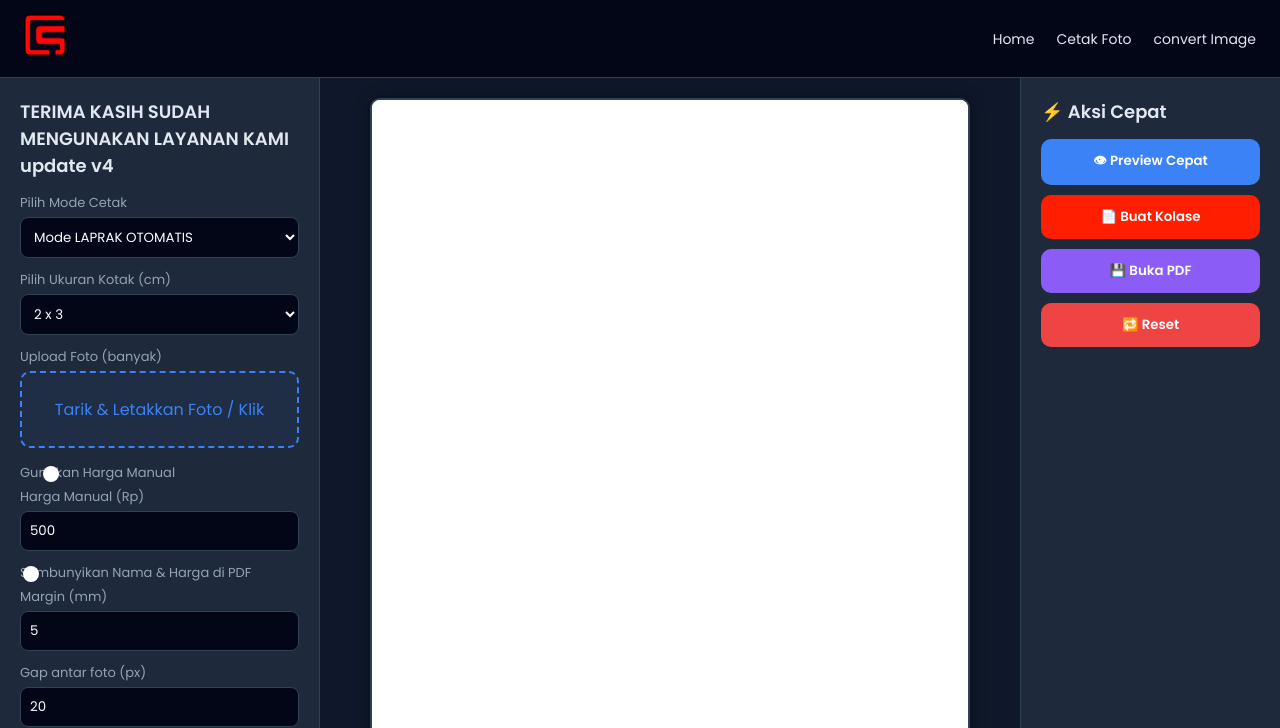
Repository: procinema22/hiisedulurfc
Page: hesedulur-main/cetakfoto.html
The author's editor kept a copy of each file at every save. The page is drawn from the files as they stood at one save, then again after the next save.
The browser window is 1280 px wide. The pictures show the whole page.
An inner scrolling area shows only its first screen.

Above is the page before, as saved 2026-04-24 00:26:53.

### hesedulur-main/cetakfoto.html
<!DOCTYPE html>
<html lang="id">
<head>
  <meta charset="UTF-8">
  <meta name="viewport" content="width=device-width, initial-scale=1.0">

  <title>SEDULUR FOTO COPY – Cetak Foto</title>

  <link rel="icon" type="image/png" href="img/loggo/sdlr.png">
  <link href="https://fonts.googleapis.com/css2?family=Poppins:wght@400;600&display=swap" rel="stylesheet">
  <link rel="stylesheet" href="css/cetak.css">

  <script src="https://cdn.jsdelivr.net/npm/exif-js"></script>
  <script src="https://cdnjs.cloudflare.com/ajax/libs/jspdf/2.5.1/jspdf.umd.min.js"></script>
</head>

<body>

<!-- ================= NAVBAR ================= -->
<header>
  <div class="logo">
    <a href="index.html">
      <img src="img/loggo/sdlr.png" alt="Sedulur Foto Copy">
    </a>
  </div>

  <nav>
    <ul>
      <li><a href="index.html">Home</a></li>
      <li><a href="cetakfoto.html" class="active">Cetak Foto</a></li>
      <li><a href="convert-image.html">convert Image</a></li>

    </ul>
  </nav>
</header>

<!-- ================= LAYOUT ================= -->
<div class="layout">

  <!-- ========= PANEL KIRI ========= -->
  <aside class="left-panel">

    <h2 class="section-title">TERIMA KASIH SUDAH MENGUNAKAN LAYANAN KAMI update v4</h2>

    <label>Pilih Mode Cetak</label>
    <select id="modeSelect">
      <option value="normal">Mode LAPRAK OTOMATIS</option>
      <option value="perfoto">Mode PAS FOTO</option>
      <option value="circle">Mode LINGKARAN</option>
    </select>

    <div id="circleControls" style="display:none;">
      <label>Diameter Lingkaran (cm)</label>
      <input id="circleDiameter" type="number" value="4">
    </div>

    <label>Pilih Ukuran Kotak (cm)</label>
    <select id="sizeSelect">
      <option value="2x3">2 x 3</option>
      <option value="3x4">3 x 4</option>
      <option value="4x6">4 x 6</option>
      <option value="5x5">5 x 5</option>
      <option value="6x9">6 x 9</option>
      <option value="10x15">10 x 15</option>
      <option value="custom">Custom...</option>
    </select>

    <div id="customSize" style="display:none;">
      <input id="customW" type="number" placeholder="Lebar (cm)">
      <input id="customH" type="number" placeholder="Tinggi (cm)">
    </div>

    <label>Upload Foto (banyak)</label>
    <div id="dropArea" class="drop-area">
      Tarik & Letakkan Foto / Klik
    </div>
    <input id="upload" type="file" multiple accept="image/*" hidden>

    <label class="switch">
      <input type="checkbox" id="manualHargaCheckbox">
      <span class="slider"></span>
      <span class="label-text">Gunakan Harga Manual</span>
    </label>
    <div id="manualHargaBox" style="display:none;">
      <label>Harga Manual (Rp)</label>
      <input
  id="manualHargaInput"
  type="number"
  value="500"
  min="500"
  step="500">
    </div>

   <label class="switch">
  <input type="checkbox" id="hideInfo">
  <span class="slider"></span>
  <span class="label-text">Sembunyikan Nama & Harga di PDF</span>
</label>

    <label>Margin (mm)</label>
    <input id="marginInputMm" type="number" value="5">

    <label>Gap antar foto (px)</label>
    <input id="gap" type="number" value="20">

    <label>Nama Pelanggan</label>
    <input id="userName" type="text" placeholder="Nama pengguna">
    <label>
      <input type="checkbox" id="useHeaderText">
      Gunakan Header (Judul Atas)
    </label>

    <div id="headerTextBox" style="display:none;">
      <label>Teks Header</label>
      <input type="text" id="headerTextInput" placeholder="Contoh: LAPORAN PRAKTIKUM">

      <label>Ukuran Font</label>
      <input type="number" id="headerFontSize" value="24">
    </div>

    <label>
      <input type="checkbox" id="laprakMode">
      Mode Laprak Manual
    </label>

    <div id="laprakControls" style="display:none;">
      <label>Nama Laprak</label>
      <input type="text" id="laprakName">
      <label>Harga Laprak (Rp)</label>
      <input type="number" id="laprakPrice" value="2000">
    </div>

    <div class="price" id="priceDisplay">Harga: Rp 0</div>
    <div id="batchList"></div>

    <label>
      <input type="checkbox" checked disabled>
      hubungi admin untuk menghilangkan watermark
    </label>

  </aside>

  <!-- ========= PANEL TENGAH ========= -->
  <section class="center-panel">
    <canvas id="canvas" width="1240" height="1754"></canvas>

    <div class="page-nav" id="pageNav" style="display:none;">
      <button id="prevPage">⬅</button>
      <div id="pageIndicator">Halaman 1 / 1</div>
      <button id="nextPage">➡</button>
    </div>
  </section>

  <!-- ========= PANEL KANAN ========= -->
  <aside class="right-panel">
    <h2 class="section-title">⚡ Aksi Cepat</h2>
    <button id="previewBtn" class="btn blue">👁 Preview Cepat</button>
    <button id="generateBtn" class="btn green">📄 Buat Kolase</button>
    <button id="downloadPdf" class="btn purple">💾 Buka PDF</button>
    <button id="reset" class="btn red">🔁 Reset</button>
  </aside>

</div>

<!-- ================= LOADING ================= -->
<div id="loadingOverlay">
  <div class="loader"></div>
  <p>Memproses... tunggu sebentar ya</p>
</div>

<div id="toast"></div>

<script src="js/script.js"></script>

<!-- ================= FIREBASE AUTH ================= -->


</body>
</html>

### hesedulur-main/css/cetak.css
/* ============ ROOT & GLOBAL ============ */
:root {
  --bg: #0f172a;
  --card: #1e293b;
  --border: #334155;
  --text: #e2e8f0;
  --muted: #94a3b8;
  --blue: #3b82f6;
  --green: #ff1e00;
  --purple: #8b5cf6;
  --red: #ef4444;
  --shadow: rgba(0,0,0,.4);
}

*{
  margin:0;
  padding:0;
  box-sizing:border-box;
  font-family:"Poppins",sans-serif;
}

body{
  background:var(--bg);
  color:var(--text);
  overflow-x:hidden;
}

/* ============ HEADER / NAVBAR ============ */
header{
  display:flex;
  align-items:center;
  justify-content:space-between;
  padding:14px 24px;
  background:#020617;
  border-bottom:1px solid var(--border);
}

header .logo img{
  height:42px;
}

header nav ul{
  display:flex;
  gap:22px;
  list-style:none;
}

header nav ul li a{
  color:var(--text);
  text-decoration:none;
  font-size:14px;
  font-weight:500;
  transition:.2s;
}

header nav ul li a:hover{
  color:var(--blue);
}

/* ============ LAYOUT ============ */
.layout{
  display:grid;
  grid-template-columns:320px 1fr 260px;
  height:calc(100vh - 70px);
}

/* ============ LEFT PANEL ============ */
.left-panel{
  background:var(--card);
  padding:20px;
  border-right:1px solid var(--border);
  overflow-y:auto;
}

/* label default */
.left-panel label{
  font-size:13px;
  color:var(--muted);
  margin-bottom:4px;
  display:block;
}

/* input & select */
.left-panel input,
.left-panel select{
  width:100%;
  padding:9px;
  border-radius:8px;
  border:1px solid var(--border);
  background:#020617;
  color:white;
  margin-bottom:12px;
  outline:none;
}

.left-panel input:focus,
.left-panel select:focus{
  border-color:var(--blue);
}

/* ============ TOGGLE FIX (PENTING) ============ */
/* supaya toggle tidak kena style input global */
.switch input {
  display:none;
}

.switch{
  display:flex;
  align-items:center;
  gap:10px;
  margin-bottom:12px;
  cursor:pointer;
}

/* slider */
.slider{
  position:relative;
  width:42px;
  height:22px;
  background:var(--border);
  border-radius:50px;
  transition:.3s;
  flex-shrink:0;
}

/* bulatan */
.slider::before{
  content:"";
  position:absolute;
  width:16px;
  height:16px;
  top:3px;
  left:3px;
  background:white;
  border-radius:50%;
  transition:.3s;
}

/* aktif */
.switch input:checked + .slider{
  background:linear-gradient(135deg, var(--blue), #60a5fa);
  box-shadow:0 0 8px rgba(59,130,246,.6);
}

.switch input:checked + .slider::before{
  transform:translateX(20px);
}

/* text */
.label-text{
  font-size:13px;
  color:var(--muted);
}

/* hover */
.switch:hover .slider{
  filter:brightness(1.2);
}

/* ============ SECTION TITLE ============ */
.section-title{
  font-size:18px;
  font-weight:600;
  margin-bottom:14px;
}

/* ============ DROP AREA ============ */
.drop-area{
  border:2px dashed var(--blue);
  padding:24px;
  text-align:center;
  border-radius:10px;
  color:var(--blue);
  background:rgba(59,130,246,.05);
  cursor:pointer;
  margin-bottom:15px;
  transition:.2s;
}

.drop-area:hover{
  background:rgba(59,130,246,.15);
}

/* ============ PRICE ============ */
.price{
  font-size:16px;
  font-weight:600;
  margin-top:6px;
}

/* ============ CENTER PANEL ============ */
.center-panel{
  padding:20px;
  display:flex;
  flex-direction:column;
  align-items:center;
  overflow-y:auto;
}

canvas{
  width:100%;
  max-width:600px;
  background:white;
  border-radius:10px;
  border:2px solid var(--border);
  box-shadow:0 0 15px var(--shadow);
}

/* ============ PAGE NAV ============ */
.page-nav{
  display:flex;
  gap:14px;
  margin-top:12px;
}

.page-nav button{
  padding:8px 14px;
  border:none;
  border-radius:8px;
  background:var(--blue);
  color:white;
  cursor:pointer;
}

/* ============ RIGHT PANEL ============ */
.right-panel{
  background:var(--card);
  padding:20px;
  border-left:1px solid var(--border);
  overflow-y:auto;
}

/* ============ BUTTON ============ */
.btn{
  width:100%;
  padding:12px;
  border:none;
  border-radius:10px;
  font-weight:600;
  cursor:pointer;
  margin-bottom:10px;
  color:white;
  transition:.2s;
}

.btn:hover{
  transform:translateY(-2px);
  opacity:.9;
}

.blue{background:var(--blue)}
.green{background:var(--green)}
.purple{background:var(--purple)}
.red{background:var(--red)}

/* logout */
.btn-logout{
  background:#e53935;
  padding:8px 14px;
  border-radius:6px;
  font-weight:600;
}

.btn-logout:hover{
  background:#c62828;
}

/* ============ LOADER ============ */
#loadingOverlay{
  position:fixed;
  inset:0;
  background:rgba(0,0,0,.7);
  display:none;
  flex-direction:column;
  justify-content:center;
  align-items:center;
  z-index:9999;
}

.loader{
  width:60px;
  height:60px;
  border-radius:50%;
  border:6px solid #fff;
  border-top:6px solid var(--blue);
  animation:spin 1s linear infinite;
}

@keyframes spin{
  to{transform:rotate(360deg)}
}

/* ============ TOAST ============ */
#toast{
  position:fixed;
  bottom:20px;
  right:20px;
  padding:12px 18px;
  background:var(--card);
  border-left:5px solid var(--blue);
  border-radius:10px;
  opacity:0;
  transition:.3s;
  z-index:10000;
}

#toast.show{
  opacity:1;
  transform:translateY(-6px);
}

/* ============ PREVIEW & PROGRESS ============ */
.preview-list{
  display:grid;
  grid-template-columns:repeat(auto-fill,120px);
  gap:15px;
  padding:20px;
}

.preview-item{
  background:#1e293b;
  padding:10px;
  border-radius:8px;
  text-align:center;
  font-size:12px;
}

.upload-box{
  border:2px dashed #3b82f6;
  padding:30px;
  text-align:center;
  border-radius:10px;
  cursor:pointer;
}

.progress{
  height:8px;
  background:#334155;
  margin-top:20px;
  border-radius:10px;
  overflow:hidden;
}

#progressBar{
  height:100%;
  width:0%;
  background:#22c55e;
  transition:0.3s;
}

/* ============ PRINT A4 MODE ============ */
@media print{
  header,
  .left-panel,
  .right-panel,
  .page-nav,
  #toast,
  #loadingOverlay{
    display:none !important;
  }

  body{
    background:white;
    overflow:visible;
  }

  .layout{
    display:block;
    height:auto;
  }

  canvas{
    width:210mm !important;
    height:297mm !important;
    max-width:none;
    border:none;
    box-shadow:none;
    border-radius:0;
  }
}

@page{
  size:A4;
  margin:10mm;
}

Loaded but not shown: hesedulur-main/js/script.js (949 lines, source omitted)

After the next save:
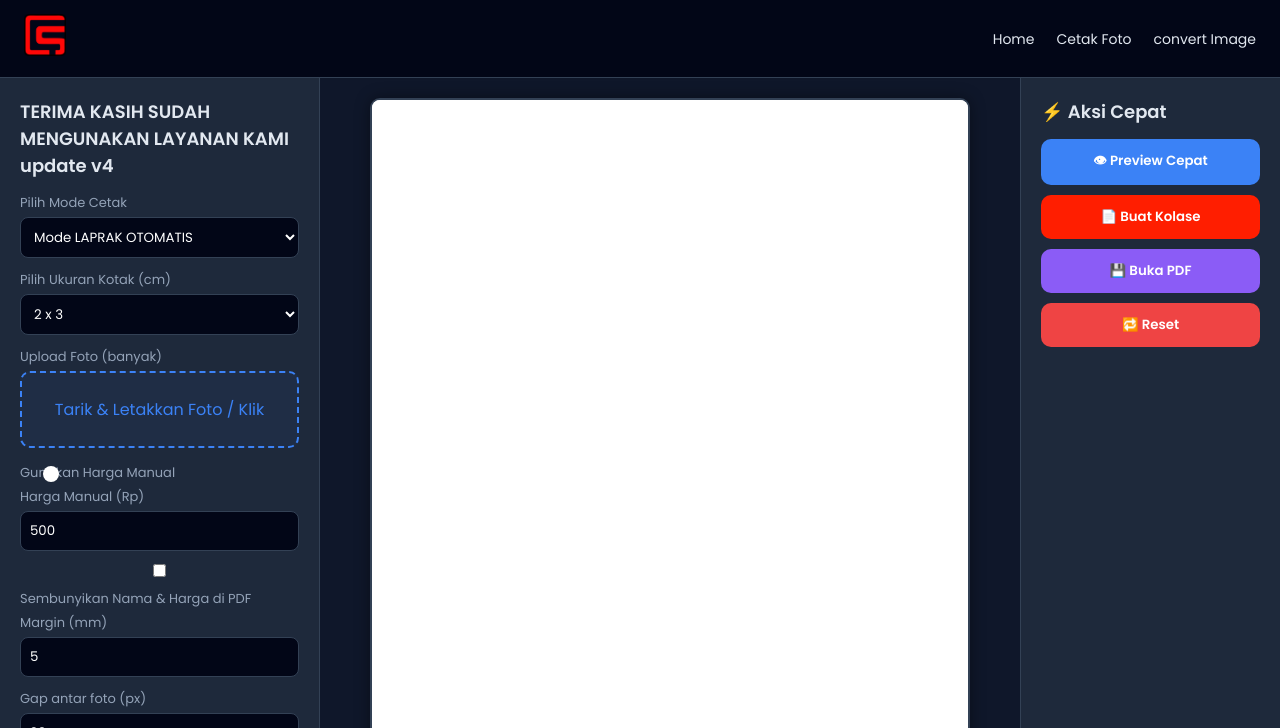
Saved 4 s later.
--- a/hesedulur-main/cetakfoto.html
+++ b/hesedulur-main/cetakfoto.html
@@ -91,11 +91,10 @@
   step="500">
     </div>
 
-   <label class="switch">
-  <input type="checkbox" id="hideInfo">
-  <span class="slider"></span>
-  <span class="label-text">Sembunyikan Nama & Harga di PDF</span>
-</label>
+    <label>
+      <input type="checkbox" id="hideInfo">
+      Sembunyikan Nama & Harga di PDF
+    </label>
 
     <label>Margin (mm)</label>
     <input id="marginInputMm" type="number" value="5">
